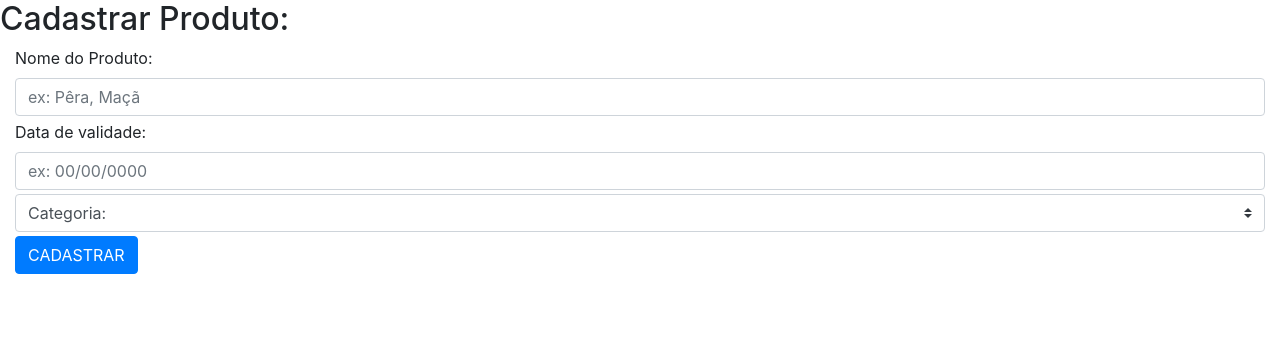
Repository: ricardofelipesilva/sistema
Page: http://localhost/site/controle.jsp
These files come from the project's save history. The page is drawn as it stood at one moment and after the next save; the edit follows.
The browser window is 1280 px wide. The pictures show the whole page.
The page is served by Tomcat 9.

Above is the page before, as saved 2019-07-01 08:21:50.

After the next save:
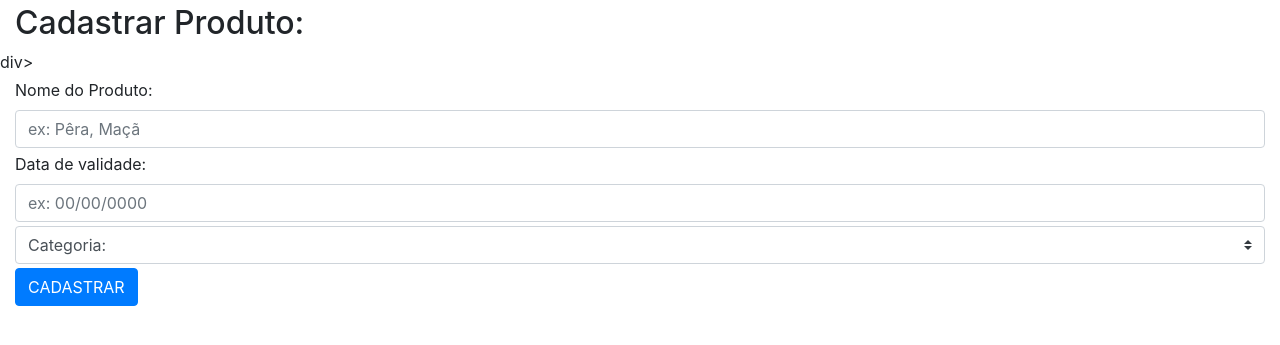
Saved 38 s later.
--- a/site/WebContent/controle.jsp
+++ b/site/WebContent/controle.jsp
@@ -15,16 +15,9 @@
 <body>
 	<form action="./novoproduto" method="post">
 
-	<h2>Cadastrar Produto:</h2>
-
-<!-- 	<div> -->
-<!-- 		<label>Nome do Produto:</label> -->
-<!-- 		<input type="text" name="nome" placeholder="ex: Pêra, Maçã" required/> -->
-<!-- 		<br> -->
-<!-- 		<label>Data de validade:</label> -->
-<!-- 		<input type="text" name="dataValidade"  placeholder="ex: 00/00/0000" /> -->
-<!-- 		<input type="submit" value="enviar"> -->
-<!-- 	</div> -->
+	<div class="col-auto my-1">
+		<h2>Cadastrar Produto:</h2>
+	</div>div>
 
 
 	</form>
